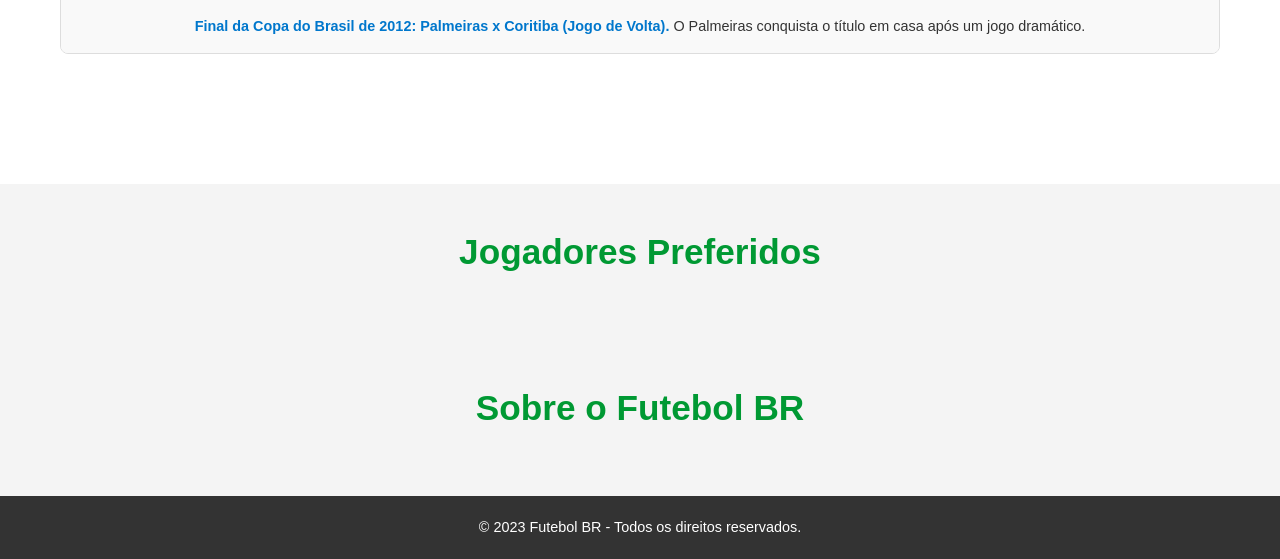
Repository: douglasabnovato/futebol-br
Page: index.html
These files come from the project's save history. The page is drawn as it stood at one moment and after the next save; the edit follows.
The browser window is 1280 px wide. The pictures show the part of the page from y = 3251 to 4044 px (the page is 3810 px tall before and 4044 px after).

Above is the page before, as saved 2025-04-13 18:12:15.
Console error: TypeError: Cannot read properties of undefined (reading 'style')

### index.html
<!DOCTYPE html>
<html lang="pt-BR">
  <head>
    <meta charset="UTF-8" />
    <meta name="viewport" content="width=device-width, initial-scale=1.0" />
    <title>Futebol BR</title>
    <link rel="stylesheet" href="./style.css" />
  </head>
  <body>
    <header class="main-header">
      <div class="container">
        <h1 class="logo">Futebol BR</h1>
        <nav class="main-nav">
          <ul>
            <li><a href="#hero">Home</a></li>
            <li><a href="#historicos">Meus Jogos Históricos Preferidos</a></li>
            <li><a href="#jogadores">Jogadores Preferidos</a></li>
            <li><a href="#sobre">Sobre</a></li>
          </ul>
        </nav>
      </div>
    </header>

    <main>
      <section id="hero" class="hero">
        <div class="hero-content">
          <h1>O Mundo do Futebol Brasileiro</h1>
          <p>Sua paixão em um só lugar</p>
        </div>
      </section>

      <section id="historicos" class="section">
        <div class="container">
          <h2>Meus Jogos Históricos Preferidos</h2>
          <p class="intro-text">
            A história do futebol brasileiro é rica em momentos mágicos,
            partidas épicas que ecoam na memória dos torcedores e se perpetuam
            através das gerações. Nesta seção especial, embarcaremos em uma
            viagem nostálgica para reviver alguns dos jogos que marcaram minha
            trajetória como apaixonado pelo esporte. São confrontos que
            transcenderam o simples resultado, carregando consigo dramas,
            reviravoltas emocionantes e atuações de gala que definiram épocas e
            consagraram ídolos. Cada partida aqui selecionada possui um
            significado único, seja pela importância do campeonato, pela
            rivalidade acirrada entre os clubes, ou pela beleza plástica dos
            lances que ficaram gravados em nossa retina.
          </p>

          <p class="intro-text">
            Mergulharemos em atmosferas vibrantes de estádios lotados, onde a
            paixão da torcida pulsava em uníssono, impulsionando seus times rumo
            à vitória ou lamentando derrotas amargas. Recordaremos os gritos de
            gol que ecoaram pelos lares brasileiros, as defesas milagrosas que
            desafiaram a lógica, os dribles desconcertantes que incendiaram a
            arquibancada e os passes precisos que culminaram em jogadas
            inesquecíveis. Estes jogos não são apenas lembranças de resultados
            passados, mas sim fragmentos de uma cultura que respira futebol,
            onde cada partida se torna uma narrativa única, repleta de heróis e
            vilões, de alegrias e tristezas compartilhadas.
          </p>

          <p class="intro-text">
            Ao revisitar esses confrontos históricos, a intenção é reacender a
            chama da emoção que o futebol proporciona, especialmente em suas
            manifestações mais grandiosas. É uma oportunidade de apresentar às
            novas gerações a magnitude de eventos que construíram a identidade
            do nosso futebol, mostrando a garra, a técnica e a paixão que sempre
            caracterizaram os craques brasileiros. Para os mais experientes, é
            um convite a uma viagem no tempo, um reencontro com as sensações que
            marcaram suas vidas e fortaleceram seu amor pelo esporte bretão.
          </p>

          <p class="intro-text">
            Prepare-se para reviver momentos inesquecíveis, para sentir
            novamente a adrenalina das disputas acirradas e a euforia das
            conquistas memoráveis. Cada vídeo a seguir é uma janela para um
            capítulo especial da história do futebol brasileiro, uma
            oportunidade de testemunhar a magia que torna este esporte uma
            paixão nacional. Aperte o play e deixe a emoção tomar conta,
            enquanto revisitamos juntos os jogos que se tornaram verdadeiros
            patrimônios da nossa memória esportiva.
          </p>

          <div class="video-container">
            <iframe
              width="560"
              height="315"
              src="https://www.youtube.com/embed/SEUf87cjeTk?si=iT9-Vn4n8-176l-z"
              title="YouTube video player"
              frameborder="0"
              allow="accelerometer; autoplay; clipboard-write; encrypted-media; gyroscope; picture-in-picture; web-share"
              allowfullscreen
            ></iframe>
            <p class="video-description">
              <strong>Final da Copa do Mundo de 1994: Brasil x Itália.</strong>
              A emocionante disputa de pênaltis que consagrou o Brasil
              tetracampeão mundial após 24 anos de espera.
            </p>
          </div>

          <div class="video-container">
            <iframe
              width="560"
              height="315"
              src="https://www.youtube.com/embed/4jYrnWw6X3Y?si=vQGj84vj4-5m6_Fk"
              title="YouTube video player"
              frameborder="0"
              allow="accelerometer; autoplay; clipboard-write; encrypted-media; gyroscope; picture-in-picture; web-share"
              allowfullscreen
            ></iframe>
            <p class="video-description">
              <strong
                >Semifinal da Libertadores de 2011: Santos x Corinthians
                (Ida).</strong
              >
              Um clássico eletrizante com direito a golaço de Neymar e muita
              rivalidade.
            </p>
          </div>

          <div class="video-container">
            <iframe
              width="560"
              height="315"
              src="https://www.youtube.com/embed/ZYk6jx54W0Y?si=b-zB9L7QY-m-6r6v"
              title="YouTube video player"
              frameborder="0"
              allow="accelerometer; autoplay; clipboard-write; encrypted-media; gyroscope; picture-in-picture; web-share"
              allowfullscreen
            ></iframe>
            <p class="video-description">
              <strong
                >Final do Campeonato Brasileiro de 1995: Botafogo x Santos (Jogo
                de Volta).</strong
              >
              O título conquistado pelo Botafogo em um Maracanã lotado após anos
              de jejum.
            </p>
          </div>

          <div class="video-container">
            <iframe
              width="560"
              height="315"
              src="https://www.youtube.com/embed/9a14yq1f_9A?si=mY3R-9C8a6c9v7yR"
              title="YouTube video player"
              frameborder="0"
              allow="accelerometer; autoplay; clipboard-write; encrypted-media; gyroscope; picture-in-picture; web-share"
              allowfullscreen
            ></iframe>
            <p class="video-description">
              <strong
                >Quartas de Final da Copa do Mundo de 2002: Brasil x
                Inglaterra.</strong
              >
              A virada emocionante com o gol de falta magistral de Ronaldinho
              Gaúcho.
            </p>
          </div>

          <div class="video-container">
            <iframe
              width="560"
              height="315"
              src="https://www.youtube.com/embed/x-Xt5j-4mSU?si=i4-6z8b0P-9k7G_p"
              title="YouTube video player"
              frameborder="0"
              allow="accelerometer; autoplay; clipboard-write; encrypted-media; gyroscope; picture-in-picture; web-share"
              allowfullscreen
            ></iframe>
            <p class="video-description">
              <strong
                >Final da Copa do Brasil de 2012: Palmeiras x Coritiba (Jogo de
                Volta).</strong
              >
              O Palmeiras conquista o título em casa após um jogo dramático.
            </p>
          </div>
        </div>
      </section>

      <section id="jogadores" class="section">
        <div class="container">
          <h2>Jogadores Preferidos</h2>
        </div>
      </section>

      <section id="sobre" class="section">
        <div class="container">
          <h2>Sobre o Futebol BR</h2>
        </div>
      </section>
    </main>

    <footer class="main-footer">
      <div class="container">
        <p>&copy; 2023 Futebol BR - Todos os direitos reservados.</p>
      </div>
    </footer>
    <script>
      let slideIndex = 1;
      showSlides(slideIndex);

      function plusSlides(n) {
        showSlides((slideIndex += n));
      }

      function currentSlide(n) {
        showSlides((slideIndex = n));
      }

      function showSlides(n) {
        let i;
        let slides = document.getElementsByClassName("slide");
        let dots = document.getElementsByClassName("dot");
        if (n > slides.length) {
          slideIndex = 1;
        }
        if (n < 1) {
          slideIndex = slides.length;
        }
        for (i = 0; i < slides.length; i++) {
          slides[i].style.display = "none";
        }
        for (i = 0; i < dots.length; i++) {
          dots[i].className = dots[i].className.replace(" active", "");
        }
        slides[slideIndex - 1].style.display = "block";
        dots[slideIndex - 1].className += " active";
      }

      // Opcional: Adicionar transição automática
      setInterval(() => plusSlides(1), 5000); // Troca de slide a cada 5 segundos
    </script>
  </body>
</html>

### style.css
/* Reset básico e box-sizing */
*,
*::before,
*::after {
  box-sizing: border-box;
  margin: 0;
  padding: 0;
}

body {
  font-family: "Montserrat", sans-serif;
  background-color: #f4f4f4; /* Um tom de cinza mais claro */
  color: #333; /* Cor de texto padrão */
  line-height: 1.6;
}

/* Estilos gerais para o container */
.container {
  max-width: 1200px;
  margin: 0 auto;
  padding: 0 20px; /* Espaçamento nas laterais */
}

/* Estilos para o cabeçalho principal */
.main-header {
  background-color: #009933; /* Verde Brasil */
  color: white;
  padding: 20px 0;
}

.main-header .container {
  display: flex;
  justify-content: space-between;
  align-items: center;
}

.logo {
  font-size: 1.5rem;
  margin-bottom: 0;
}

/* Navegação principal */
.main-nav ul {
  list-style: none;
  display: flex;
}

.main-nav ul li {
  margin-left: 20px;
}

.main-nav ul li:first-child {
  margin-left: 0;
}

.main-nav a {
  color: white;
  text-decoration: none;
  padding: 10px;
  border-radius: 5px;
  transition: background-color 0.3s ease;
}

.main-nav a:hover {
  background-color: rgba(255, 255, 255, 0.1);
}

/* Seção Hero */
.hero {
  background-image: url("./assets/campo-futebol-torcida-1.jpg");
  background-size: cover;
  background-position: center;
  height: 400px; /* Altura inicial para mobile */
  display: flex;
  align-items: center;
  justify-content: center;
  color: white;
  text-align: center;
  padding: 20px;
}

.hero-content {
  max-width: 80%;
}

.hero h1 {
  font-size: 2rem;
  margin-bottom: 10px;
}

.hero p {
  font-size: 1.1rem;
}

/* Estilos gerais para as seções de conteúdo */
.section {
  padding: 40px 0;
}

.section h2 {
  font-size: 1.8rem;
  color: #009933;
  margin-bottom: 20px;
  text-align: center;
}

/* Rodapé */
.main-footer {
  background-color: #333;
  color: white;
  text-align: center;
  padding: 20px 0;
  font-size: 0.9rem;
}

.main-footer .container {
  padding: 0 20px;
}
/* Estilos para a seção de históricos */
#historicos {
  background-color: #fff; /* Fundo branco para destacar o conteúdo */
}

#historicos .container {
  padding-top: 60px;
  padding-bottom: 60px;
}

#historicos h2 {
  color: #009933; /* Verde Brasil para o título da seção */
  font-size: 2rem;
  margin-bottom: 30px;
  text-align: center;
}

.intro-text {
  color: #555; /* Cor de texto um pouco mais escura para melhor leitura */
  line-height: 1.7;
  margin-bottom: 25px;
  text-align: justify; /* Justificar o texto para melhor estética em telas maiores */
}

.video-container {
  margin-bottom: 30px;
  border: 1px solid #ddd; /* Borda sutil para os containers de vídeo */
  border-radius: 8px;
  overflow: hidden; /* Garante que o border-radius funcione corretamente com o iframe */
}

.video-container iframe {
  display: block; /* Remove espaçamento extra abaixo do iframe */
  width: 100%; /* Ocupa toda a largura do container */
  aspect-ratio: 16 / 9; /* Mantém a proporção widescreen */
}

.video-description {
  background-color: #f9f9f9; /* Fundo levemente cinza para a descrição */
  color: #333;
  padding: 15px;
  font-size: 0.9rem;
  text-align: center;
}

.video-description strong {
  font-weight: bold;
  color: #0077cc; /* Uma cor para destacar o título do vídeo */
}

/* Responsividade para a seção de históricos */

/* Para telas menores que 600px (smartphones) */
@media (max-width: 599px) {
  #historicos h2 {
    font-size: 1.7rem;
    margin-bottom: 20px;
  }

  .intro-text {
    font-size: 0.95rem;
    margin-bottom: 20px;
    text-align: left; /* Alinhar à esquerda em telas menores para melhor leitura */
  }
}

/* Para telas maiores que 600px (tablets) */
@media (min-width: 600px) and (max-width: 991px) {
  #historicos h2 {
    font-size: 1.9rem;
    margin-bottom: 25px;
  }

  .intro-text {
    font-size: 1rem;
  }
}

/* Para telas maiores que 992px (desktops) - Já definido nos estilos gerais */

/* Responsividade (Mobile First) */

/* Para telas maiores que 600px (tablets) */
@media (min-width: 600px) {
  .hero {
    height: 500px;
  }

  .hero h1 {
    font-size: 3rem;
  }

  .hero p {
    font-size: 1.3rem;
  }

  .section h2 {
    font-size: 2.2rem;
  }
}

/* Para telas maiores que 992px (desktops) */
@media (min-width: 992px) {
  .logo {
    font-size: 2rem;
  }

  .main-nav ul li {
    margin-left: 30px;
  }

  .main-nav a {
    padding: 15px;
  }
}

After the next save:
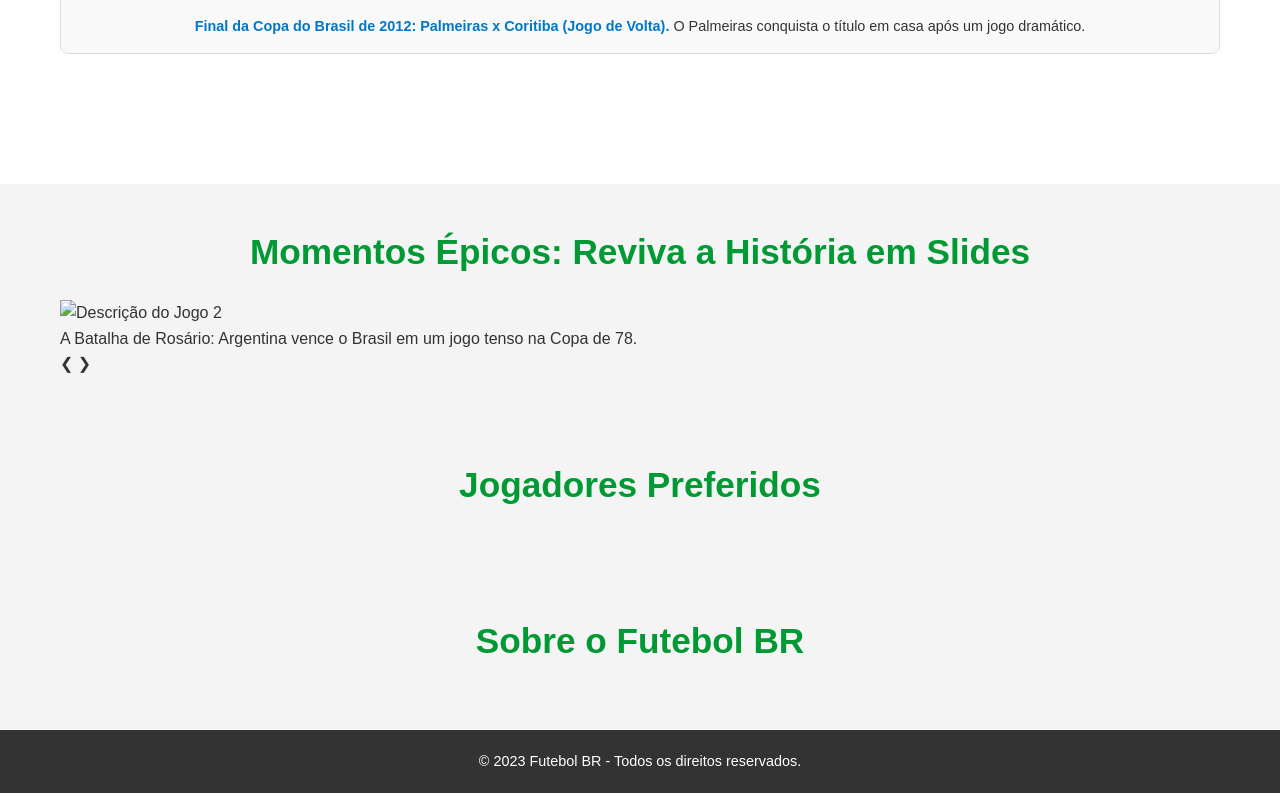
The error is gone.
Not found: assets/jogos-historicos/jogo1.jpg
Not found: assets/jogos-historicos/jogo10.jpg
Not found: assets/jogos-historicos/jogo2.jpg
Saved 54 s later.
--- a/index.html
+++ b/index.html
@@ -179,6 +179,138 @@
         </div>
       </section>
 
+      <section id="jogos-historicos-slideshow" class="section">
+        <div class="container">
+          <h2>Momentos Épicos: Reviva a História em Slides</h2>
+          <div class="slideshow-container">
+            <div class="slide fade">
+              <img
+                src="./assets/jogos-historicos/jogo1.jpg"
+                alt="Descrição do Jogo 1"
+              />
+              <div class="caption">
+                Final da Copa de 70: Brasil conquista o tricampeonato com Pelé
+                brilhando.
+              </div>
+            </div>
+
+            <div class="slide fade">
+              <img
+                src="./assets/jogos-historicos/jogo2.jpg"
+                alt="Descrição do Jogo 2"
+              />
+              <div class="caption">
+                A Batalha de Rosário: Argentina vence o Brasil em um jogo tenso
+                na Copa de 78.
+              </div>
+            </div>
+
+            <div class="slide fade">
+              <img
+                src="./assets/jogos-historicos/jogo3.jpg"
+                alt="Descrição do Jogo 3"
+              />
+              <div class="caption">
+                O Milagre de Berna: Alemanha derrota a favorita Hungria na final
+                da Copa de 54.
+              </div>
+            </div>
+
+            <div class="slide fade">
+              <img
+                src="./assets/jogos-historicos/jogo4.jpg"
+                alt="Descrição do Jogo 4"
+              />
+              <div class="caption">
+                A Mão de Deus: Maradona marca um gol polêmico contra a
+                Inglaterra em 86.
+              </div>
+            </div>
+
+            <div class="slide fade">
+              <img
+                src="./assets/jogos-historicos/jogo5.jpg"
+                alt="Descrição do Jogo 5"
+              />
+              <div class="caption">
+                O 7 a 1: Alemanha humilha o Brasil em pleno Mineirão na
+                semifinal de 2014.
+              </div>
+            </div>
+
+            <div class="slide fade">
+              <img
+                src="./assets/jogos-historicos/jogo6.jpg"
+                alt="Descrição do Jogo 6"
+              />
+              <div class="caption">
+                A Remontada Histórica: Barcelona reverte um 4 a 0 contra o PSG
+                na Champions League.
+              </div>
+            </div>
+
+            <div class="slide fade">
+              <img
+                src="./assets/jogos-historicos/jogo7.jpg"
+                alt="Descrição do Jogo 7"
+              />
+              <div class="caption">
+                O Gol de Ouro de Bierhoff: Alemanha vence a Euro 96 contra a
+                República Tcheca.
+              </div>
+            </div>
+
+            <div class="slide fade">
+              <img
+                src="./assets/jogos-historicos/jogo8.jpg"
+                alt="Descrição do Jogo 8"
+              />
+              <div class="caption">
+                A Final Épica de 2005: Liverpool busca um empate improvável
+                contra o Milan na Champions.
+              </div>
+            </div>
+
+            <div class="slide fade">
+              <img
+                src="./assets/jogos-historicos/jogo9.jpg"
+                alt="Descrição do Jogo 9"
+              />
+              <div class="caption">
+                O Centenário do Clássico: Um emocionante Palmeiras x Corinthians
+                com muitos gols.
+              </div>
+            </div>
+
+            <div class="slide fade">
+              <img
+                src="./assets/jogos-historicos/jogo10.jpg"
+                alt="Descrição do Jogo 10"
+              />
+              <div class="caption">
+                A Magia de Zico no Maracanã: Um Flamengo x Vasco inesquecível
+                nos anos 80.
+              </div>
+            </div>
+
+            <a class="prev" onclick="plusSlides(-1)">&#10094;</a>
+            <a class="next" onclick="plusSlides(1)">&#10095;</a>
+          </div>
+          <div style="text-align: center">
+            <span class="dot" onclick="currentSlide(1)"></span>
+            <span class="dot" onclick="currentSlide(2)"></span>
+            <span class="dot" onclick="currentSlide(3)"></span>
+            <span class="dot" onclick="currentSlide(4)"></span>
+            <span class="dot" onclick="currentSlide(5)"></span>
+            <span class="dot" onclick="currentSlide(6)"></span>
+            <span class="dot" onclick="currentSlide(7)"></span>
+            <span class="dot" onclick="currentSlide(8)"></span>
+            <span class="dot" onclick="currentSlide(9)"></span>
+            <span class="dot" onclick="currentSlide(10)"></span>
+          </div>
+        </div>
+      </section>
+
       <section id="jogadores" class="section">
         <div class="container">
           <h2>Jogadores Preferidos</h2>
